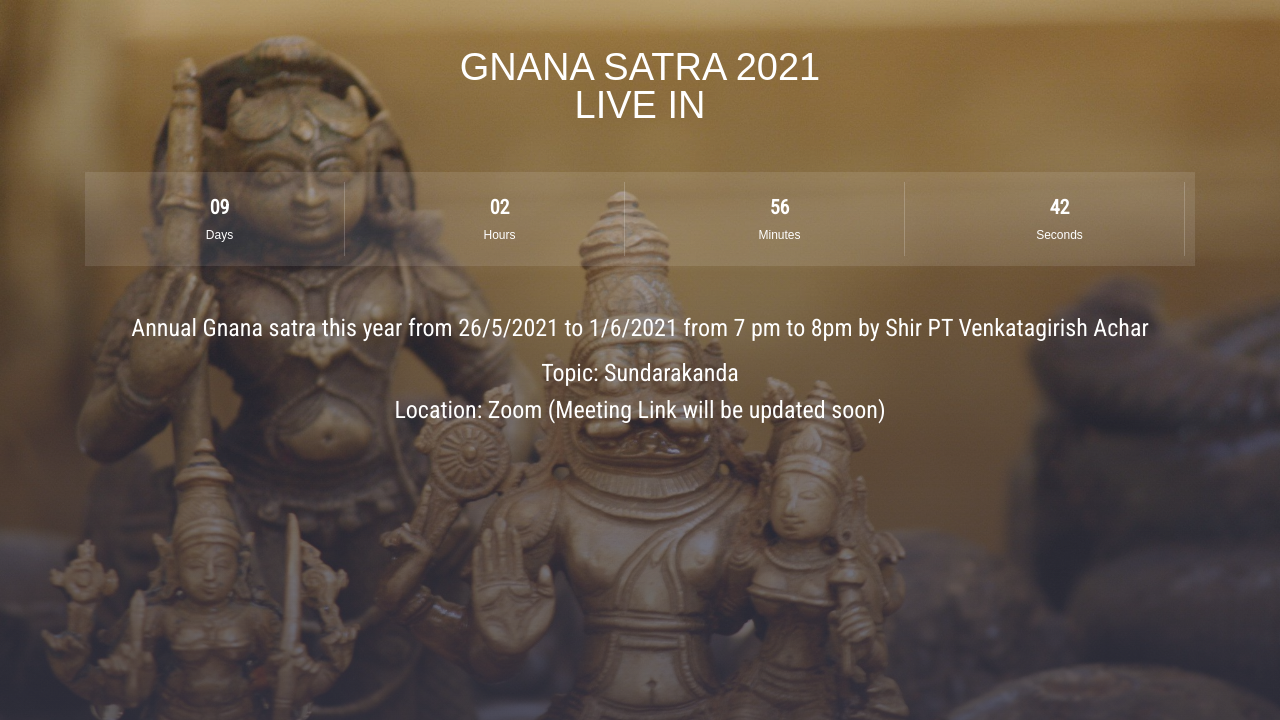
Repository: anirudhbichal/gs
Page: /
An editor plug-in stored every save of this project. The page is shown before and after the next save, followed by the edit.
The browser window is 1280 px wide. The pictures show the whole page.
Some web fonts or font styles are not loaded; a fallback is used. The project was rebuilt for these pictures with package versions that can differ from the ones it lists, and the page was loaded fresh each time.

Above is the page before, as saved 2021-05-17 17:55:56.

### src/App.js
import 'bootstrap/dist/css/bootstrap.min.css';
import './App.css';
import Container from 'react-bootstrap/Container';
import Timer from "./components/countdown/Timer";

function App() {
  return (
    <div className="App">
      <Container className="my-5">
        <h1 className="mb-5">
          Gnana Satra 2021
          <br />
          Live In
        </h1>
        <Timer />
        <h4 className="mt-5">
          Annual Gnana satra this year from 26/5/2021 to 1/6/2021 from 7 pm to 8pm by Shir PT Venkatagirish Achar
        </h4>
        <h4 className="mt-3">
          Topic: Sundarakanda
        </h4>
        <h4>
          Location: Zoom (Meeting Link will be updated soon)
        </h4>
      </Container>
    </div>
  );
}

export default App;

### src/App.css
@import url("https://fonts.googleapis.com/css?family=Roboto+Condensed&display=swap");
@import url('http://fonts.cdnfonts.com/css/samarkan');

body {
  color: #fff;
  font-family: "Roboto Condensed", sans-serif;
  background-image: url('gs-bg.jpg');
  background-position: top top;
  background-size: cover;
  margin: 0;
}

.App {
  position: fixed;
  top: 0;
  left: 0;
  right: 0;
  bottom: 0;
  text-align: center;
  background: rgb(55, 55, 70);
  background: linear-gradient(
    0deg,
    rgba(55, 55, 70, 0.8) 0%,
    rgba(55, 55, 70, 0.6) 50%,
    rgba(55, 55, 70, 0.3) 100%
  );
}

h1 {
  font-family: 'Samarkan', sans-serif;
  font-size: 38px;
  text-transform: uppercase;
  line-height: 1;
}

### src/components/countdown/Timer.js
import React, { Component } from "react";
// import moment from 'moment';
import Container from 'react-bootstrap/Container';
import Row from 'react-bootstrap/Row';
import Col from 'react-bootstrap/Col';
import "./Timer.css";

class CountDown extends Component {
  constructor(props) {
    super(props);
    this.count = this.count.bind(this);
    this.state = {
      days: 0,
      minutes: 0,
      hours: 0,
      secounds: 0,
      time_up: ""
    };
    this.x = null;
    this.deadline = null;
  }
  count() {
    var now = new Date().getTime();
    var t = this.deadline - now;
    var dd = Math.floor(t / (1000 * 60 * 60 * 24));
    var hh = Math.floor((t % (1000 * 60 * 60 * 24)) / (1000 * 60 * 60));
    var mm = Math.floor((t % (1000 * 60 * 60)) / (1000 * 60));
    var ss = Math.floor((t % (1000 * 60)) / 1000);

    var days = dd < 10 ? "0" + dd : dd;
    var hours = hh < 10 ? "0" + hh : hh;
    var minutes = mm < 10 ? "0" + mm : mm;
    var seconds = ss < 10 ? "0" + ss : ss;

    this.setState({ days, minutes, hours, seconds });

    if (t < 0) {
      clearInterval(this.x);
      this.setState({
        days: 0,
        minutes: 0,
        hours: 0,
        seconds: 0,
        time_up: "TIME IS UP"
      });
    }
  }
  componentDidMount() {
    this.deadline = new Date("May 26, 2021 19:00:00").getTime();

    this.x = setInterval(this.count, 1000);
  }

  render() {
    const { days, seconds, hours, minutes } = this.state;
    return (
      <Container id="countdown">
        <Row>
            <Col>
                <div className="box">
                    <p id="day">{days}</p>
                    <span className="text">Days</span>
                </div>
            </Col>
            <Col>
                <div className="box">
                    <p id="hour">{hours}</p>
                    <span className="text">Hours</span>
                </div>
            </Col>
            <Col>
                <div className="box">
                    <p id="minute">{minutes}</p>
                    <span className="text">Minutes</span>
                </div>
            </Col>
            <Col>
                <div className="box">
                    <p id="second">{seconds}</p>
                    <span className="text">Seconds</span>
                </div>
            </Col>
        </Row>
      </Container>
    );
  }
}

export default CountDown;

### src/components/countdown/Timer.css
#countdown {
    padding: 10px;
    background-color: rgba(255, 255, 255, 0.1);
    display: inline-block;
    text-align: center;
    margin: auto;
  }
  #countdown .box {
    padding: 10px;
    border-right: solid 1px rgba(255, 255, 255, 0.2);
  }
  #countdown .col-4:last-child .box {
    border-right-color: transparent;
  }
  #countdown .box p {
    font-size: 20px;
    font-weight: bold;
    margin: 0;
  }
  #countdown .box .text {
    font-size: 12px;
    font-family: sans-serif;
  }

Loaded but not shown: public/index.html (common file); src/index.js (common file); src/index.css (common file); src/reportWebVitals.js (common file)

After the next save:
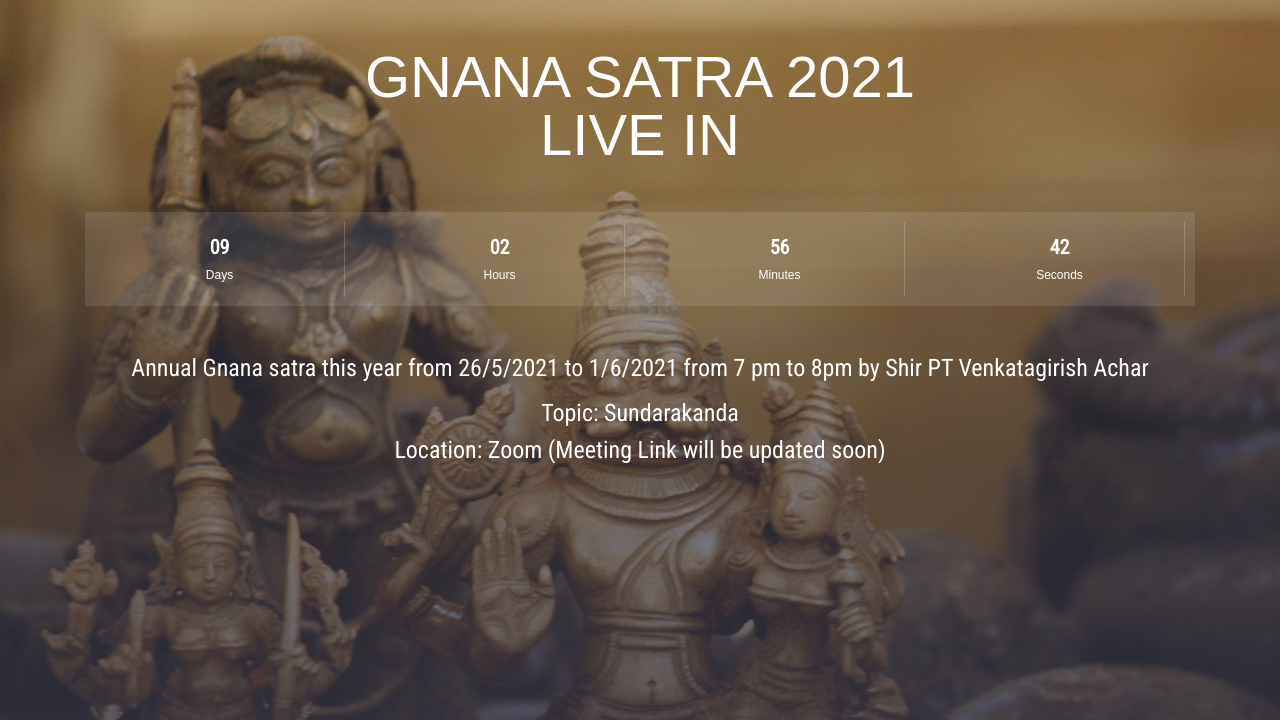
Saved 14 s later.
--- a/src/App.css
+++ b/src/App.css
@@ -28,7 +28,7 @@ body {
 
 h1 {
   font-family: 'Samarkan', sans-serif;
-  font-size: 38px;
+  font-size: 58px;
   text-transform: uppercase;
   line-height: 1;
 }
